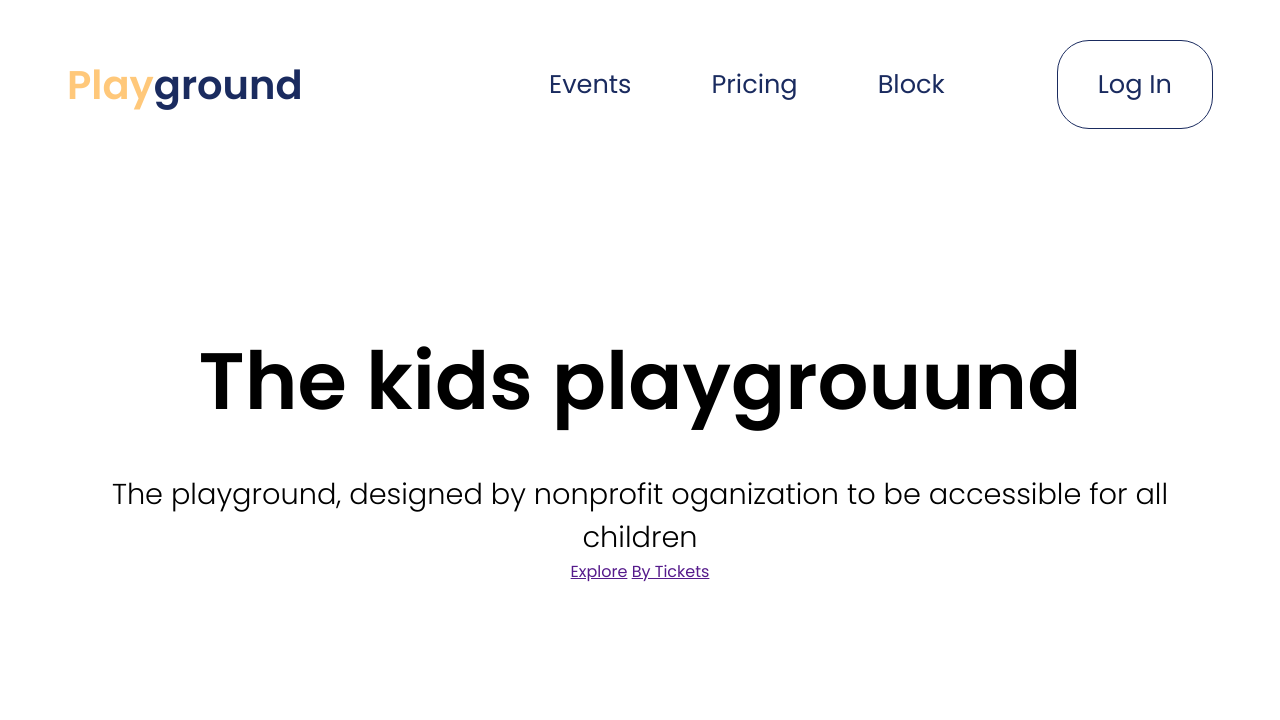
Repository: tuanpham-aptech/front-end
Page: psdtohtml/playgroud/index.html
The author's editor kept a copy of each file at every save. The page is drawn from the files as they stood at one save, then again after the next save.
The browser window is 1280 px wide. The pictures show the whole page.
Some web libraries are served in a nearby version.

Above is the page before, as saved 2021-10-13 17:51:57.

After the next save:
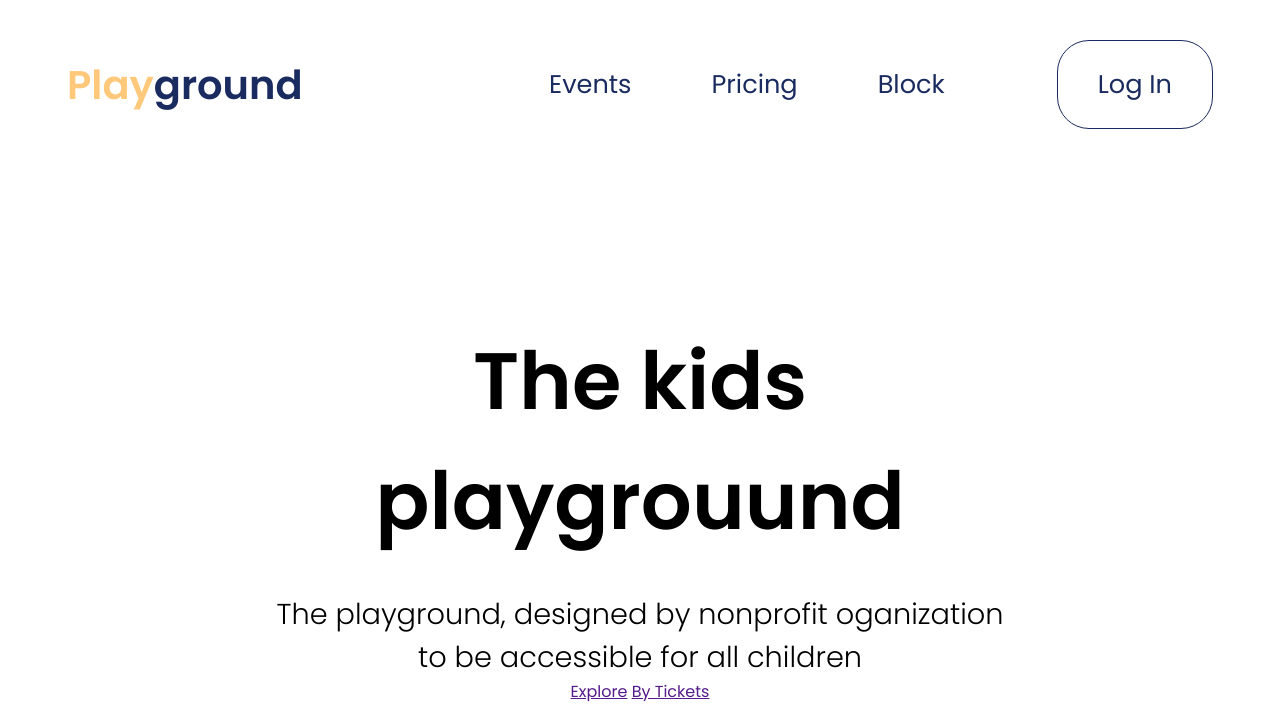
Saved 6 s later.
--- a/psdtohtml/playgroud/assets/css/style.css
+++ b/psdtohtml/playgroud/assets/css/style.css
@@ -78,7 +78,7 @@
 
 .banner {
     padding-top: 12rem;
-    max-width:;
+    max-width:800px;
     margin: 0 auto;
     text-align: center;
 }
